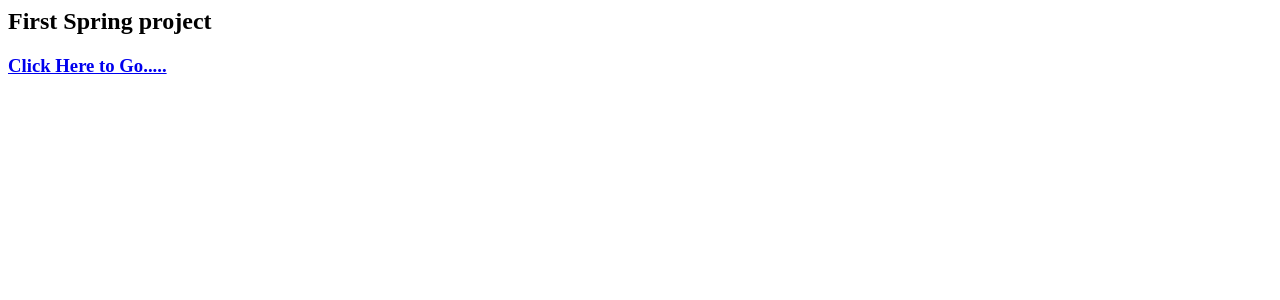
Repository: himanshurai26/Spring-Framewrok-code-
Page: http://localhost/firstSpringmvcproject/
The author's editor kept a copy of each file at every save. The page is drawn from the files as they stood at one save, then again after the next save.
The browser window is 1280 px wide. The pictures show the whole page.
The page is served by Tomcat 9.

Above is the page before, as saved 2023-07-24 20:33:12.

After the next save:
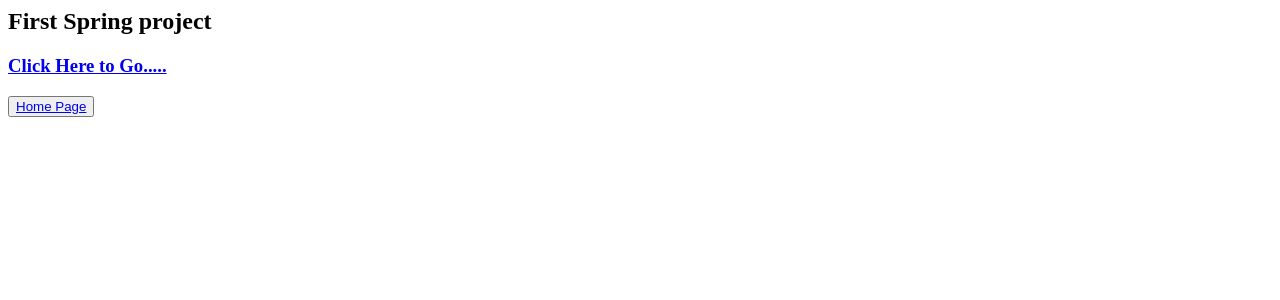
Saved 3 min 47 s later.
--- a/SpringMVC/firstSpringmvcproject/src/main/webapp/index.jsp
+++ b/SpringMVC/firstSpringmvcproject/src/main/webapp/index.jsp
@@ -4,5 +4,6 @@
 <h2>First Spring project </h2>
 
 <h3><a href="hello">Click Here to Go.....</a></h3>
+<h3><button><a href="home">Home Page</a></button></h3>
 </body>
 </html>
